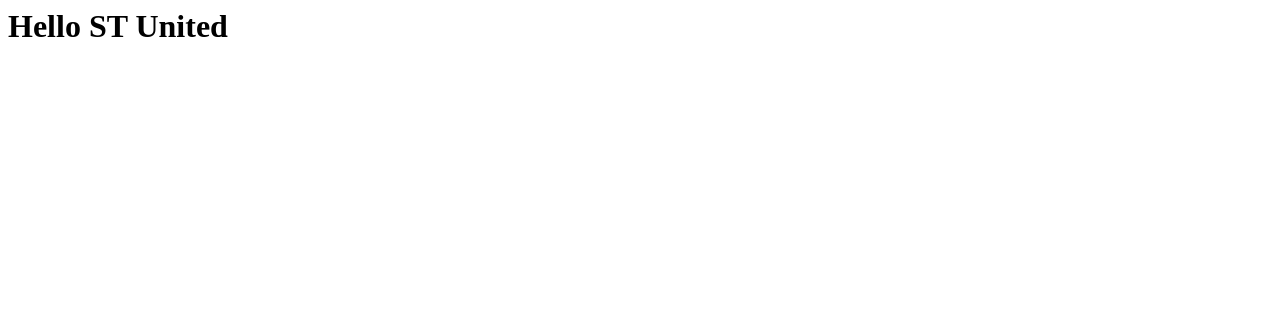
Repository: stunited-khanh/demo-git-newbies
Page: stu/index.html
These files come from the project's save history. The page is drawn as it stood at one moment and after the next save; the edit follows.
The browser window is 1280 px wide. The pictures show the whole page.

Above is the page before, as saved 2021-09-14 10:52:09.

### stu/index.html
<h1>Hello ST United</h1>

After the next save:
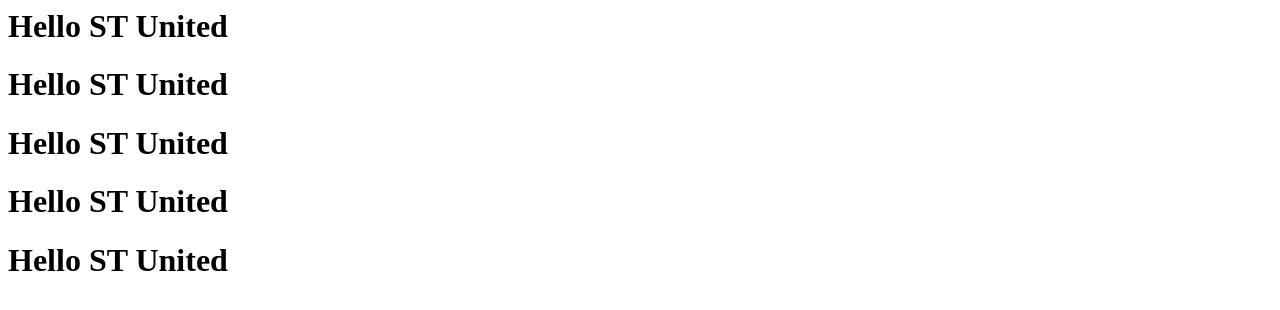
Saved 22 s later.
--- a/stu/index.html
+++ b/stu/index.html
@@ -1 +1,5 @@
 <h1>Hello ST United</h1>
+<h1>Hello ST United</h1>
+<h1>Hello ST United</h1>
+<h1>Hello ST United</h1>
+<h1>Hello ST United</h1>
